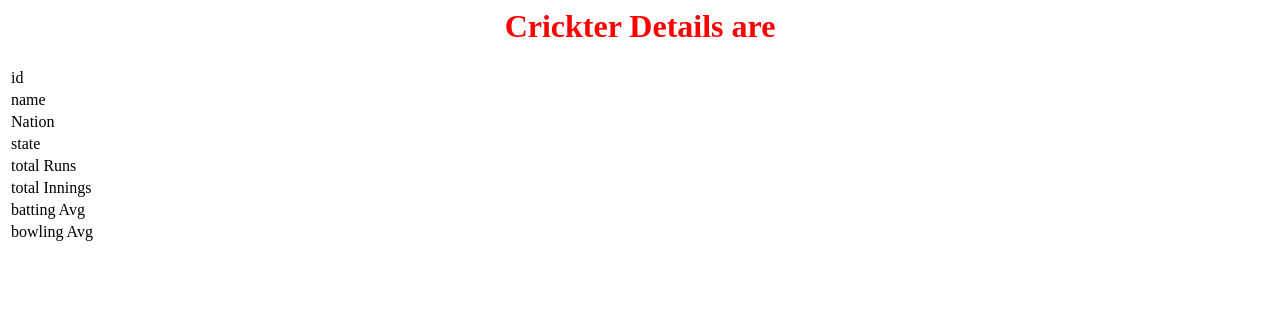
Repository: 7358317969/Java-Design-Pattern
Page: http://localhost/CricketerLayeredApp-SessionFacade-ServiceLocator/show_details.jsp
These files come from the project's save history. The page is drawn as it stood at one moment and after the next save; the edit follows.
The browser window is 1280 px wide. The pictures show the whole page.
The page is served by Tomcat 9. The template is opened directly, without the code that normally fills it, so the values that code supplies are empty.

Above is the page before, as saved 2019-10-13 02:27:59.

After the next save:
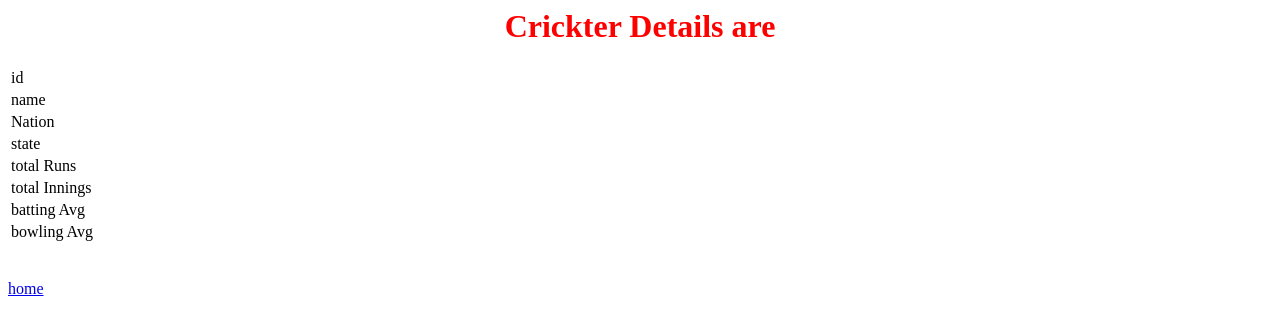
Saved 50 s later.
--- a/CricketerLayeredApp-SessionFacade-ServiceLocator/WebContent/show_details.jsp
+++ b/CricketerLayeredApp-SessionFacade-ServiceLocator/WebContent/show_details.jsp
@@ -29,3 +29,6 @@
         <td>bowling Avg </td> <td> ${profile.bowlingAvg}  </td>
        </tr>
    </table>
+
+   <br><br>
+    <a href="find_profile.html">home</a>
